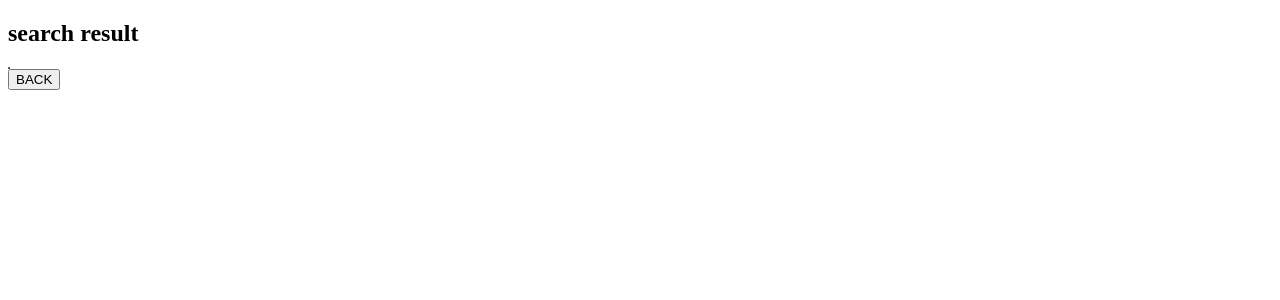
Repository: MIR013/KNU_DB_Project_Team5
Page: http://localhost/Databaase/search_result.jsp
The author's editor kept a copy of each file at every save. The page is drawn from the files as they stood at one save, then again after the next save.
The browser window is 1280 px wide. The pictures show the whole page.
The page is served by Tomcat 9. Queries for data that is not in the repository find no rows.

Above is the page before, as saved 2018-11-15 13:05:52.

After the next save:
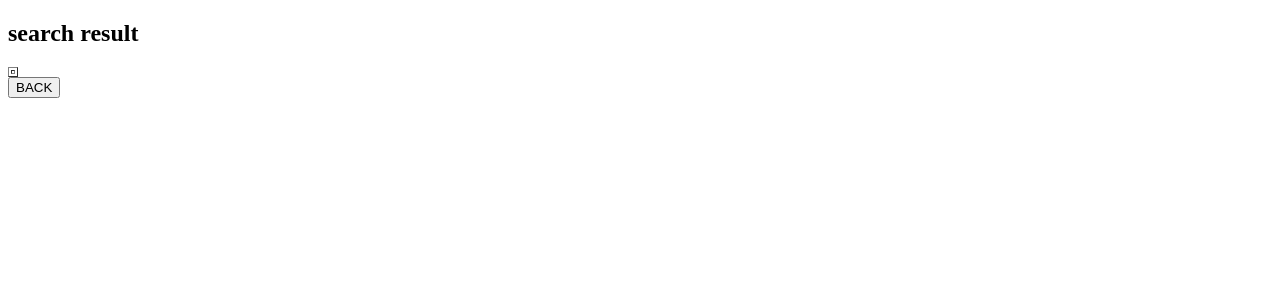
Saved 20 s later.
--- a/dbphase/Databaase/WebContent/search_result.jsp
+++ b/dbphase/Databaase/WebContent/search_result.jsp
@@ -41,7 +41,7 @@ conn.setAutoCommit(false);
 	rsmd = rs.getMetaData();
 	cnt = rsmd.getColumnCount();
 	for(int i=1;i<=cnt;i++){
-
+		out.println("<th>"+rsmd.getCatalogName(i)+"</th>");
 	}
 	out.print("</table>");
 
